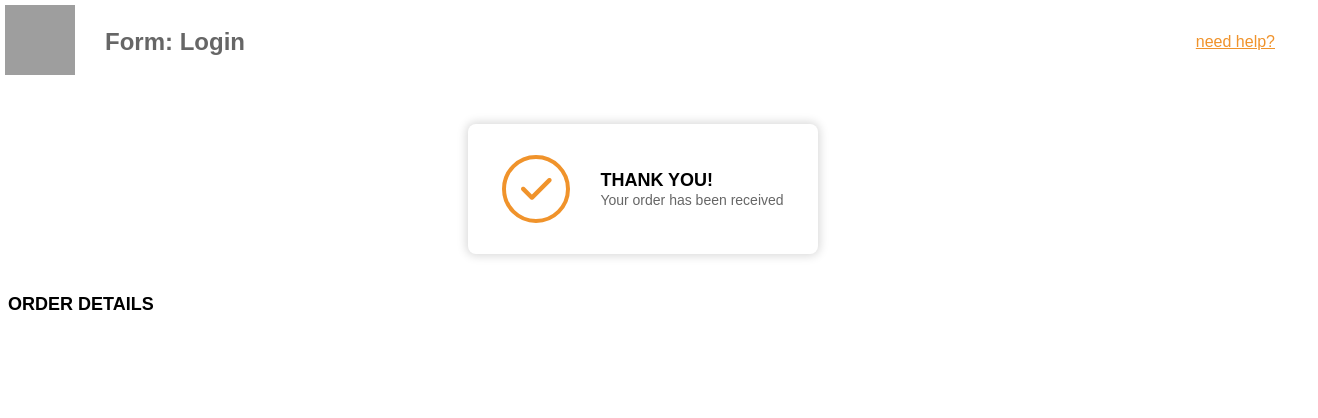
Repository: NguyenDucHung20002/project-homev1
Page: checkout/checkout.html
These files come from the project's save history. The page is drawn as it stood at one moment and after the next save; the edit follows.
The browser window is 1280 px wide. The page is 1318 px wide, so the pictures cover 1318 px, including what lies to the right of the window. The pictures show the whole page.
Pictures or frames that could not be fetched are drawn as grey boxes. The style sheet was rebuilt from its Sass, Less or Tailwind sources for each picture, by a compiler version that may differ from the author's.

Above is the page before, as saved 2022-09-20 10:09:15.

### checkout/checkout.html
<!DOCTYPE html>
<html lang="en">

<head>
    <meta charset="UTF-8">
    <meta http-equiv="X-UA-Compatible" content="IE=edge">
    <meta name="viewport" content="width=device-width, initial-scale=1.0">
    <!-- <link rel="stylesheet" href="../reset.css"> -->
    <link rel="stylesheet" href="../fontawesome-free-6.1.2-web/css/all.min.css">
    <link rel="stylesheet" href="../dist/css/checkout.css">
    <title>Document</title>
    <link rel="icon" href="/icon/favicon.png">
</head>

<body>
    <header>
        <div class="header">
            <div class="container">
                <div class="header-right">
                    <a href="../homev1.html"><img
                            src="http://wp.0effortthemes.com/themes/veggie/wp-content/uploads/2016/06/header-v3-logo.png"
                            alt=""></a>
                    <h2 class="name-form">Form: Login</h2>
                </div>
                <div class="header-left">
                    <a href="" class="help">need help?</a>
                </div>
            </div>
        </div>
    </header>

    <div class="content">
        <div class="container">
            <div class="thank-you">
                <i class="fa-solid fa-check"></i>
                <div class="title">
                    <span><strong>THANK YOU!</strong></span><br>
                    <span>Your order has been received</span>
                </div>
            </div>
            <span class="title-order-details"><strong>ORDER DETAILS</strong></span>
            <div class="order-details">

            </div>
        </div>
    </div>

</body>

<script src="https://cdnjs.cloudflare.com/ajax/libs/jquery/3.6.0/jquery.min.js"
    integrity="sha512-894YE6QWD5I59HgZOGReFYm4dnWc1Qt5NtvYSaNcOP+u1T9qYdvdihz0PPSiiqn/+/3e7Jo4EaG7TubfWGUrMQ=="
    crossorigin="anonymous" referrerpolicy="no-referrer"></script>
<script src="./checkout.js"></script>

</html>

### checkout/checkout.js
// $(".btn-checkout").click((e) => {
//   e.preventDefault();
// });

### checkout/checkout.scss
* {
  font-family: "Poppins", sans-serif;
}
body {
  position: relative;
}
.container {
  margin: 0 auto;
  width: 1270px;
}
header {
  width: 100%;
  position: fixed;
  top: 0;
  left: 0;
  z-index: 10000;
  background-color: rgba(#ffffff, 0.8);
  .header {
    .container {
      display: flex;
      align-items: center;
      justify-content: space-between;
      padding: 5px;
      .header-right {
        display: flex;
        justify-content: flex-start;
        align-items: center;
        a {
          img {
            width: 70px;
            height: 70px;
          }
        }
        .name-form {
          color: #666;
          margin-left: 30px;
        }
      }
      .header-left {
        a {
          color: #f0932b;
        }
      }
    }
  }
}
.content {
  .container {
    background-color: #ffffff;
    margin-top: 84px;
    padding: 40px 0px;
    .thank-you {
      display: flex;
      align-items: center;
      justify-content: center;
      width: 350px;
      height: 130px;
      margin: 0 auto;
      border-radius: 8px;
      box-shadow: 0px 0px 10px 2px rgba(0, 0, 0, 0.15);
      i {
        color: #f0932b;
        text-align: center;
        line-height: 60px;
        width: 60px;
        height: 60px;
        border: 4px solid #f0932b;
        border-radius: 50%;
        font-size: 35px;
        font-weight: bold;
        margin-right: 30px;
      }
      .title {
        span {
          font-size: 14px;
          color: #666;
        }
        strong {
          color: black;
          font-size: 18px;
        }
      }
    }
    .title-order-details {
      display: inline-block;
      margin: 40px 0px;
      color: black;
      font-size: 18px;
    }
    .order-details {
      width: 100%;
      border-radius: 3px;
      padding: 10px 20px;
    }
  }
}

Loaded but not shown: fontawesome-free-6.1.2-web/css/all.min.css (library)

After the next save:
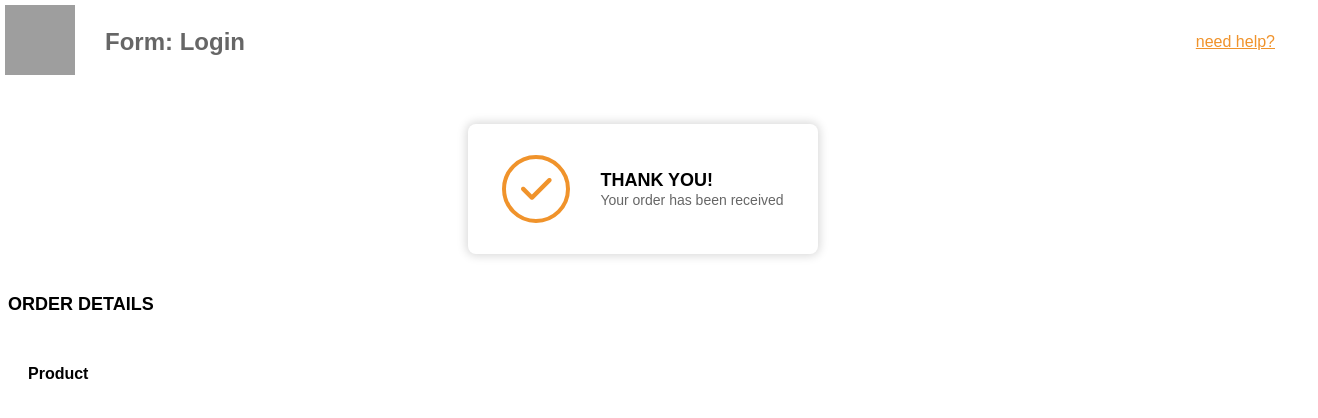
Saved 35 s later.
--- a/checkout/checkout.html
+++ b/checkout/checkout.html
@@ -40,7 +40,7 @@
             </div>
             <span class="title-order-details"><strong>ORDER DETAILS</strong></span>
             <div class="order-details">
-
+                <span class="title-product"><strong>Product</strong></span>
             </div>
         </div>
     </div>
